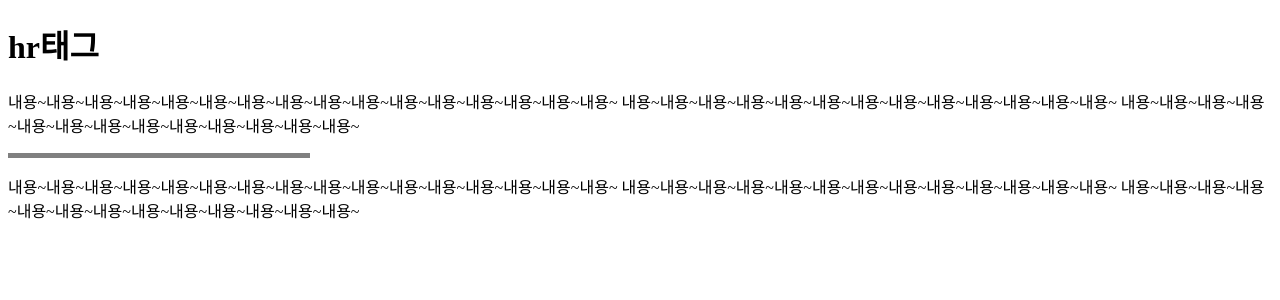
Repository: heoSuKyeong/client_Ssanyong
Page: ClientTest/src/main/webapp/html/ex08_hr.html
The author's editor kept a copy of each file at every save. The page is drawn from the files as they stood at one save, then again after the next save.
The browser window is 1280 px wide. The pictures show the whole page.

Above is the page before, as saved 2023-09-20 01:22:58.

### ClientTest/src/main/webapp/html/ex08_hr.html
<!DOCTYPE html>
<html>
<head>
<meta charset="UTF-8">
<title>Insert title here</title>
</head>
<body>
	<h1>hr태그</h1>

	<p>내용~내용~내용~내용~내용~내용~내용~내용~내용~내용~내용~내용~내용~내용~내용~내용~
	내용~내용~내용~내용~내용~내용~내용~내용~내용~내용~내용~내용~내용~
	내용~내용~내용~내용~내용~내용~내용~내용~내용~내용~내용~내용~내용~</p>

	<hr size="5" width="300" align="left" noshade="noshade">

	<p>내용~내용~내용~내용~내용~내용~내용~내용~내용~내용~내용~내용~내용~내용~내용~내용~
	내용~내용~내용~내용~내용~내용~내용~내용~내용~내용~내용~내용~내용~
	내용~내용~내용~내용~내용~내용~내용~내용~내용~내용~내용~내용~내용~</p>

</body>
</html>

After the next save:
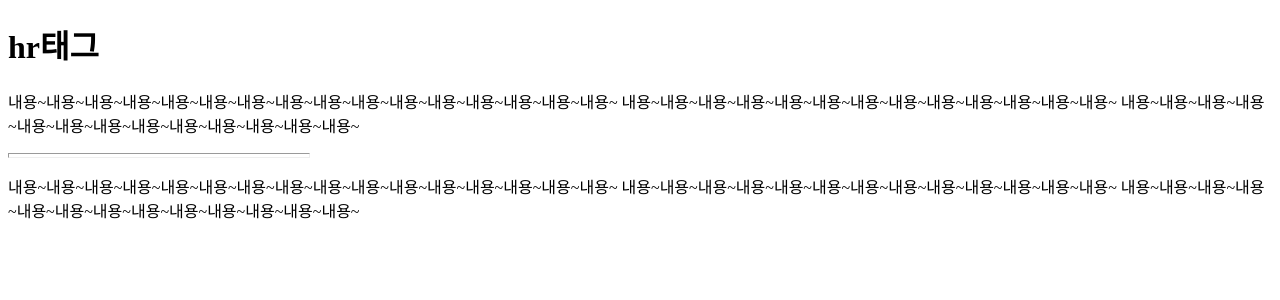
Saved 11 s later.
--- a/ClientTest/src/main/webapp/html/ex08_hr.html
+++ b/ClientTest/src/main/webapp/html/ex08_hr.html
@@ -11,7 +11,7 @@
 	내용~내용~내용~내용~내용~내용~내용~내용~내용~내용~내용~내용~내용~
 	내용~내용~내용~내용~내용~내용~내용~내용~내용~내용~내용~내용~내용~</p>
 
-	<hr size="5" width="300" align="left" noshade="noshade">
+	<hr size="5" width="300" align="left">
 
 	<p>내용~내용~내용~내용~내용~내용~내용~내용~내용~내용~내용~내용~내용~내용~내용~내용~
 	내용~내용~내용~내용~내용~내용~내용~내용~내용~내용~내용~내용~내용~

After the save that followed:
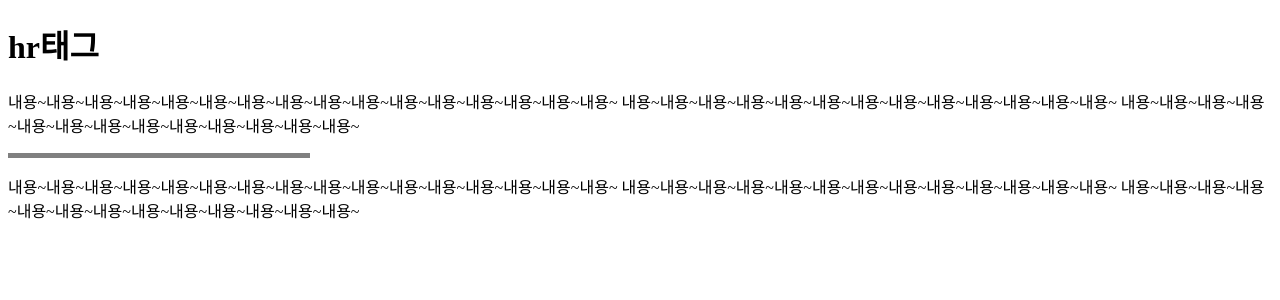
Saved 28 s later.
--- a/ClientTest/src/main/webapp/html/ex08_hr.html
+++ b/ClientTest/src/main/webapp/html/ex08_hr.html
@@ -11,7 +11,7 @@
 	내용~내용~내용~내용~내용~내용~내용~내용~내용~내용~내용~내용~내용~
 	내용~내용~내용~내용~내용~내용~내용~내용~내용~내용~내용~내용~내용~</p>
 
-	<hr size="5" width="300" align="left">
+	<hr size="5" width="300" align="left" noshade="noshade">
 
 	<p>내용~내용~내용~내용~내용~내용~내용~내용~내용~내용~내용~내용~내용~내용~내용~내용~
 	내용~내용~내용~내용~내용~내용~내용~내용~내용~내용~내용~내용~내용~
